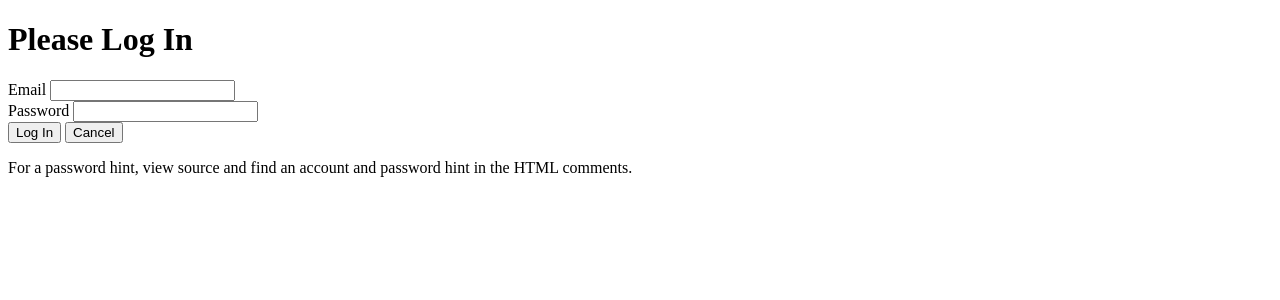
Repository: SirRabbitt/Aplikacja-crud-z-logowaniem-php-js-
Page: http://localhost/login.php
These files come from the project's save history. The page is drawn as it stood at one moment and after the next save; the edit follows.
The browser window is 1280 px wide. The pictures show the whole page.
The page is run by PHP 8.4 with error messages shown; the project is at /var/www/html/. pdo.php is not in the repository; a stand-in opens the database connection. Other server files are loaded and not shown.

Above is the page before, as saved 2024-05-21 12:55:50.

### login.php
<?php
session_start();
require_once "pdo.php";

if (isset($_POST['cancel'])) {
    header("Location: index.php");
    return;
}

if (isset($_POST['email']) && isset($_POST['pass'])) {
    if (strlen($_POST['email']) < 1 || strlen($_POST['pass']) < 1) {
        $_SESSION['error'] = "Wszystkie pola są wymagane";
        header("Location: login.php");
        return;
    } else {
        $check = hash('md5', 'XyZzy12*_'.$_POST['pass']);
        $stmt = $pdo->prepare("SELECT user_id, name FROM users WHERE email = :em AND password = :pw");
        $stmt->execute(array(':em' => $_POST['email'], ':pw' => $check));
        $row = $stmt->fetch(PDO::FETCH_ASSOC);
        if ($row !== false) {
            $_SESSION['name'] = $row['name'];
            $_SESSION['user_id'] = $row['user_id'];
            header("Location: index.php");
            return;
        } else {
            $_SESSION['error'] = "Niepoprawny adres e-mail lub hasło";
            header("Location: login.php");
            return;
        }
    }
}
?>
<!DOCTYPE html>
<html>
<head>
<title>b82706ae</title>
<script>
function showError() {
    alert("Niepoprawny adres e-mail lub haslo");
}
</script>
</head>
<body>
<div class="container">
<h1>Please Log In</h1>
<form method="POST" action="login.php">
<label for="email">Email</label>
<input type="text" name="email" id="email"><br>
<label for="id_1723">Password</label>
<input type="password" name="pass" id="id_1723"><br>
<input type="submit" onclick="return doValidate();" value="Log In">
<input type="submit" name="cancel" value="Cancel">
</form>
<p>
For a password hint, view source and find an account and password hint
in the HTML comments.
<!-- Hint:
The account is umsi@umich.edu
The password is the three character name of the
programming language used in this class (all lower case)
followed by 123. -->
</p>
<script>
function doValidate() {
    console.log('Validating...');
    try {
        addr = document.getElementById('email').value;
        pw = document.getElementById('id_1723').value;
        console.log("Validating addr="+addr+" pw="+pw);
        if (addr == null || addr == "" || pw == null || pw == "") {
            alert("Both fields must be filled out");
            return false;
        }
        if ( addr.indexOf('@') == -1 ) {
            alert("Invalid email address");
            return false;
        }
        return true;
    } catch(e) {
        return false;
    }
    return false;
}
</script>

</div>

</body>
</html>

After the next save:
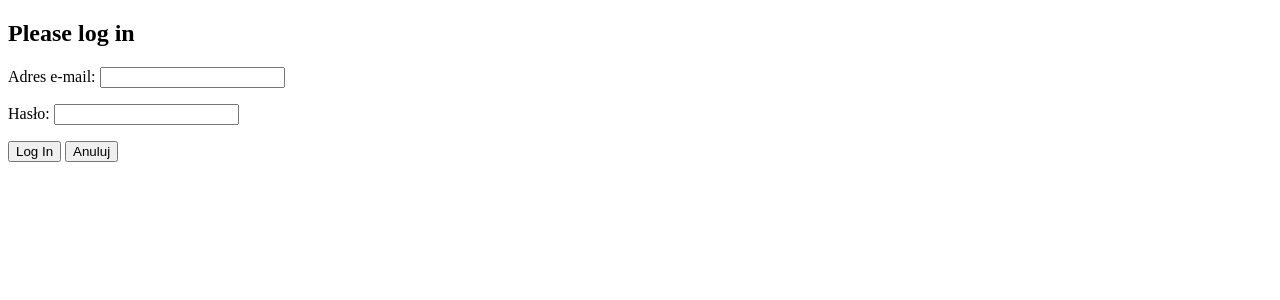
Saved 27 s later.
--- a/login.php
+++ b/login.php
@@ -41,49 +41,19 @@ function showError() {
 </script>
 </head>
 <body>
-<div class="container">
-<h1>Please Log In</h1>
-<form method="POST" action="login.php">
-<label for="email">Email</label>
-<input type="text" name="email" id="email"><br>
-<label for="id_1723">Password</label>
-<input type="password" name="pass" id="id_1723"><br>
-<input type="submit" onclick="return doValidate();" value="Log In">
-<input type="submit" name="cancel" value="Cancel">
+
+<?php
+if (isset($_SESSION['error'])) {
+    echo "<script>showError();</script>";
+    unset($_SESSION['error']);
+}
+?>
+<h2>Please log in</h2>
+<form method="POST">
+<p>Adres e-mail: <input type="text" name="email"></p>
+<p>Hasło: <input type="password" name="pass"></p>
+<input type="submit" value="Log In">
+<input type="submit" name="cancel" value="Anuluj">
 </form>
-<p>
-For a password hint, view source and find an account and password hint
-in the HTML comments.
-<!-- Hint:
-The account is umsi@umich.edu
-The password is the three character name of the
-programming language used in this class (all lower case)
-followed by 123. -->
-</p>
-<script>
-function doValidate() {
-    console.log('Validating...');
-    try {
-        addr = document.getElementById('email').value;
-        pw = document.getElementById('id_1723').value;
-        console.log("Validating addr="+addr+" pw="+pw);
-        if (addr == null || addr == "" || pw == null || pw == "") {
-            alert("Both fields must be filled out");
-            return false;
-        }
-        if ( addr.indexOf('@') == -1 ) {
-            alert("Invalid email address");
-            return false;
-        }
-        return true;
-    } catch(e) {
-        return false;
-    }
-    return false;
-}
-</script>
-
-</div>
-
 </body>
 </html>
